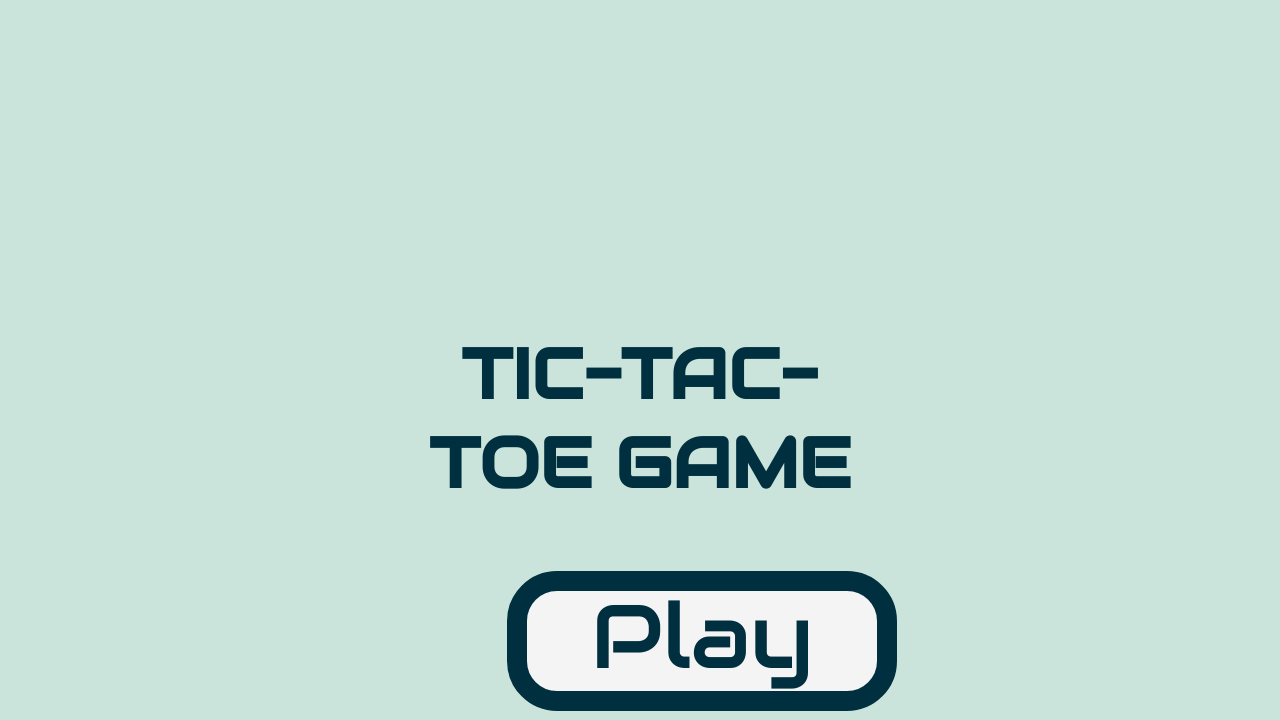
Repository: blackSky1213/tic-tac-toe
Page: index.html
The author's editor kept a copy of each file at every save. The page is drawn from the files as they stood at one save, then again after a run of saves.
The browser window is 1280 px wide. The pictures show the whole page.

Above is the page before, as saved 2020-12-28 20:54:00.

After the next 4 saves:
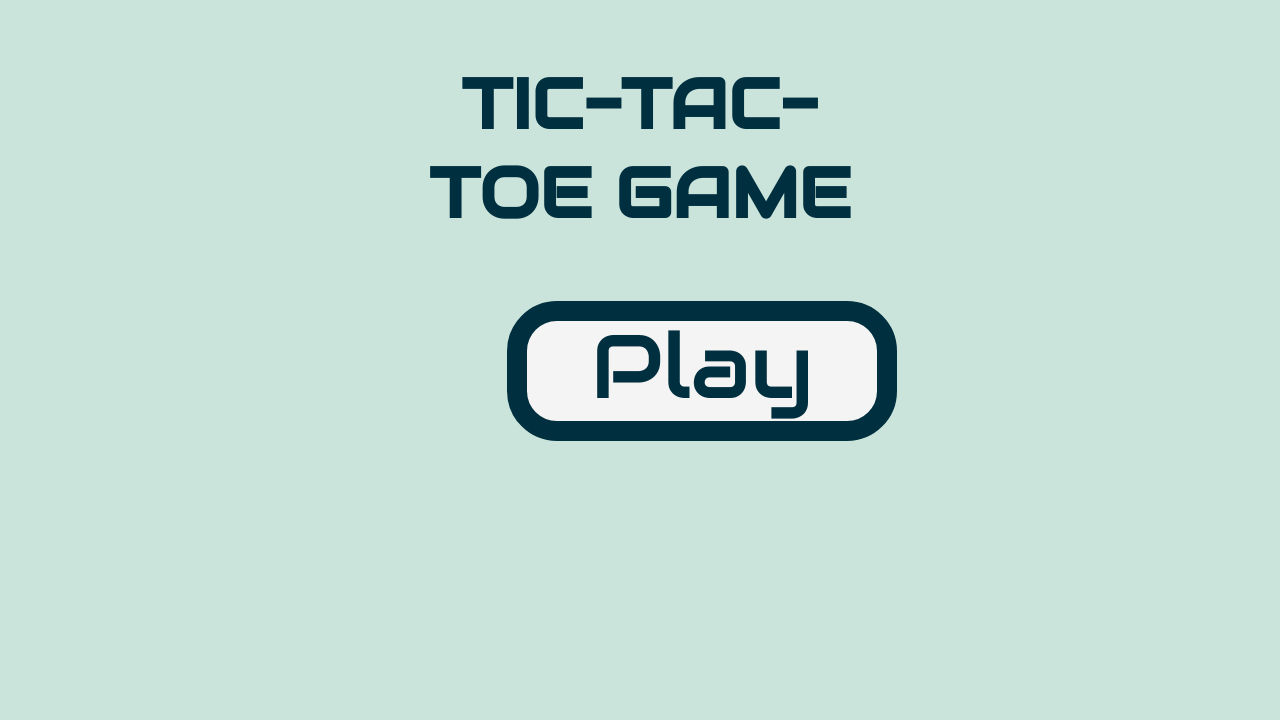
The 4 saves are shown as one change because they came seconds apart.
The last was saved 9 s later.
--- a/styles/index.css
+++ b/styles/index.css
@@ -4,7 +4,7 @@ body{
 .title{
     text-align:center;
     font-size:70px;
-    margin:330px 30% auto 30%;
+    margin:60px 30% auto 30%;
     font-family:'Audiowide', cursive;
     color:#00303f;
 }
